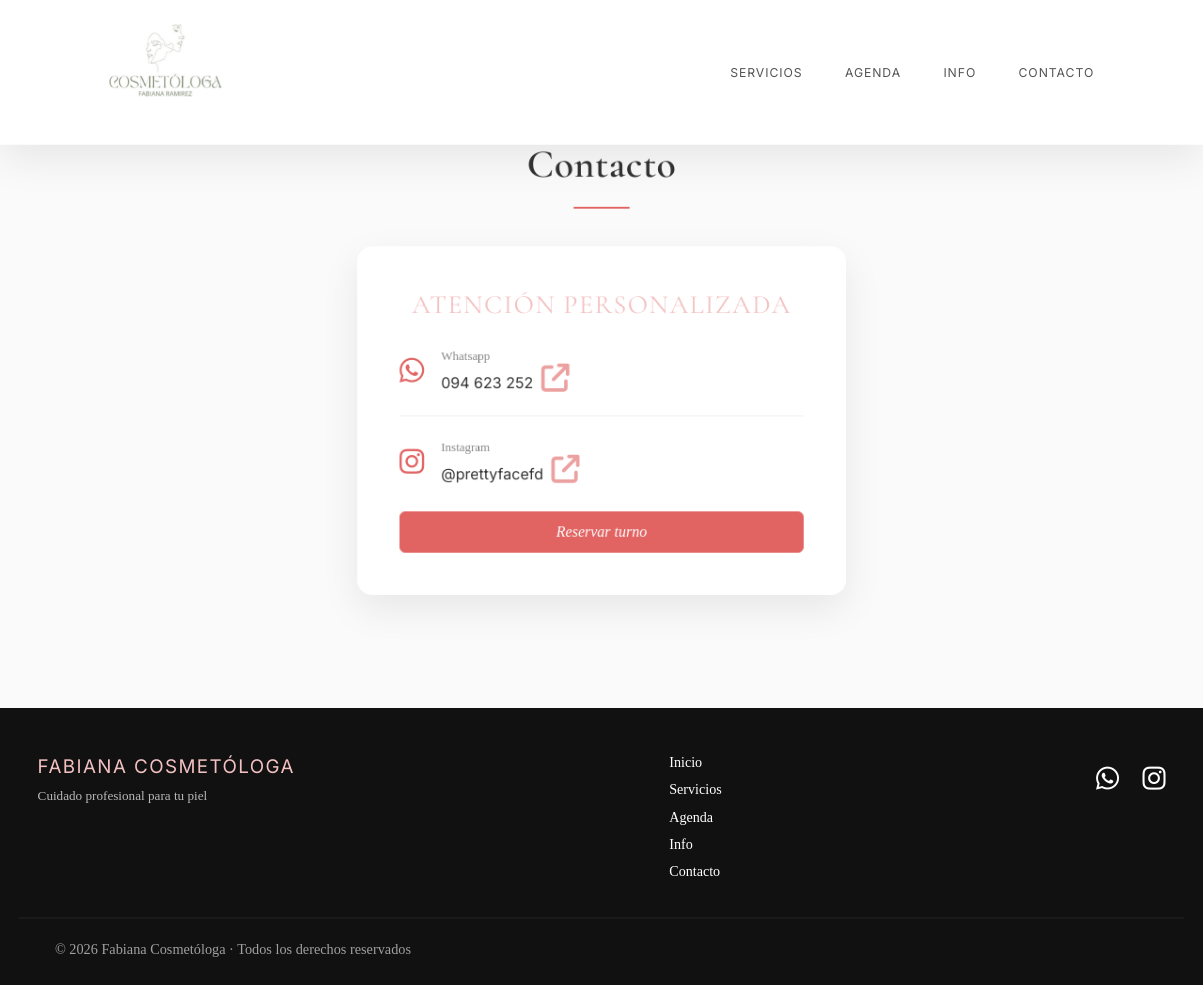
Repository: thiagobal1891-sudo/paginaweb
Page: pages/contacto.html
These files come from the project's save history. The page is drawn as it stood at one moment and after the next save; the edit follows.
The browser window is 1280 px wide. The pictures show the whole page, at 94% of full size.
Some web fonts or font styles are not loaded; a fallback is used.

Above is the page before, as saved 2026-03-17 15:03:47.
Console error: ReferenceError: emailjs is not defined

### pages/contacto.html

<!DOCTYPE html>
<html lang="es">
<head>
  <meta charset="UTF-8">
  <meta name="viewport" content="width=device-width, initial-scale=1.0">
  <title>Fabiana Cosmetóloga</title>
  <link rel="stylesheet" href="../css/style.css">
  <link rel="preconnect" href="https://fonts.googleapis.com">
  <link rel="preconnect" href="https://fonts.gstatic.com" crossorigin>
  <link
    href="https://fonts.googleapis.com/css2?family=Melodrama:wght@400;500;600;700&family=Inter:wght@100..900&family=Poppins:wght@100..900&family=Cormorant+Garamond:wght@300..700&display=swap"
    rel="stylesheet">
  <link rel="stylesheet" href="https://cdnjs.cloudflare.com/ajax/libs/font-awesome/6.5.0/css/all.min.css"
    crossorigin="anonymous" referrerpolicy="no-referrer" />
</head>

<body>
  <header>
    <div class="container">
      <a href="../index.html" class="logo">
        <img src="../media/logo.png"
  alt="Logo de la marca"
  loading="lazy"
  decoding="async">
      </a>
      <nav>
        <a href="servicios.html">SERVICIOS</a>
        <a href="agenda.html">AGENDA</a>
        <a href="info.html">INFO</a>
        <a href="contacto.html">CONTACTO</a>
      </nav>
    </div>
  </header>
<main>
<section id="contacto" class="appear">
<div class="section-title">
<h2>Contacto</h2>
</div>
<div class="container">
<div class="contact-card">
<h3>Atención personalizada</h3>
<div class="contact-item">
<i class="fa-brands fa-whatsapp"></i>
<div class="contact-info">
<span class="label">Whatsapp</span>
<a href="https://wa.me/59894623252"
target="_blank"
rel="noopener noreferrer"
class="valor">
094 623 252
<i class="fa-solid fa-arrow-up-right-from-square link-icon"></i>
</a>
</div>
</div>
<hr>
<div class="contact-item">
<i class="fa-brands fa-instagram"></i>
<div class="contact-info">
<span class="label">Instagram</span>
<a href="https://www.instagram.com/prettyfacefd"
target="_blank"
rel="noopener noreferrer"
class="valor">
@prettyfacefd
<i class="fa-solid fa-arrow-up-right-from-square link-icon"></i>
</a>
</div>
</div>
<a href="agenda.html#agenda-ya" class="btn-vermas">
Reservar turno
</a>
</div>
</div>

</section>
</main>
  <footer class="footer">
  <div class="footer-container">
    <div class="footer-brand">
      <h3>Fabiana Cosmetóloga</h3>
      <p>Cuidado profesional para tu piel</p>
    </div>
    <div class="footer-links">
      <a href="../index.html">Inicio</a>
      <a href="../pages/servicios.html">Servicios</a>
      <a href="../pages/agenda.html">Agenda</a>
      <a href="../pages/info.html">Info</a>
      <a href="../pages/contacto.html">Contacto</a>
    </div>
    <div class="footer-social">
      <a href="https://wa.me/59894623252" target="_blank">
        <i class="fa-brands fa-whatsapp"></i>
      </a>
      <a href="https://www.instagram.com/prettyfacefd" target="_blank">
        <i class="fa-brands fa-instagram"></i>
      </a>
    </div>
  </div>
  <div class="footer-bottom">
    <p>© 2026 Fabiana Cosmetóloga · Todos los derechos reservados</p>
  </div>
</footer>
  <script src="https://cdn.jsdelivr.net/npm/emailjs-com@3/dist/email.min.js"></script>
  <script src="../script.js" defer></script>
</body>
</html>

### css/style.css
@charset "UTF-8";
* {
  box-sizing: border-box;
  margin: 0;
  padding: 0;
}
html {
  scroll-behavior: smooth;
  scroll-padding-top: var(--header-height);
  font-size: 100%;
}
:root{
  --primary:#E16463;
  --primary-soft:rgba(225,100,99,.15);
  --primary-soft-light:rgba(225,100,99,.08);
  --text-dark:#333;
  --text-soft:#777;
  --shadow-hover:0 20px 50px rgba(0,0,0,.12);
  --shadow-soft:0 15px 40px rgba(0,0,0,.08);
}
body{
  font-family:"Melodrama", serif;
  margin:0;
  animation:fadePage .6s ease;
  padding-top: var(--header-height);
}
@keyframes fadePage{
from{
  opacity:0;
  transform:translateY(10px);
}

to{
  opacity:1;
  transform:translateY(0);
}
}
.appear{
  opacity:0;
  transform:translateY(40px);
  transition:opacity .8s ease, transform .8s ease;
  will-change: transform, opacity;
}
.appear.show{
  opacity:1;
  transform:translateY(0);
}
h1 {
  font-size:clamp(2.2rem,4vw,4.5rem);
  line-height: 1.1;
}
h2 {
  font-size:clamp(1.6rem,3vw,2.5rem);
  line-height: 1.2;
}
p {
font-size:clamp(.95rem,1.1vw,1.1rem);
line-height:1.7;
max-width:60ch;
}
h3 {
  font-size: 0.9em;
  font-family: "Inter", sans-serif;
  font-weight: 400;
  letter-spacing: 1.5px;
  color: #f3c1c1;
  text-transform: uppercase;
}
section{
position:relative;
padding:100px 20px;
}
.info_carta {
  font-size: 0.85em;
  color: #f2f2f2;
  font-family: "Inter", sans-serif;
  line-height: 1;
  margin-bottom: 2px;
  max-width:450px;
}
ul {
  list-style: none;
  padding-left: 0;
  font-size: 0.75em;
  font-family: "Inter", sans-serif;
  color: #ffffff;
}
ul li {
  margin-bottom: 4px;
  line-height: 1.3;
  padding-left: 22px;
  position: relative;
  opacity: 0.95;
  transition: transform 0.3s ease, opacity 0.3s ease;
}
ul li::before {
  content: "✧";
  position: absolute;
  left: 0;
  top: 0;
  color: #f3c1c1;
  font-size: 0.75em;
}
img{
transition:transform .6s ease, filter .6s ease;
height: auto;
max-width: 100%;
will-change: transform;
display: block;
}
button {
  font-size: 1rem;
  font-weight: 400;
  padding: 10px 30px;
  border-radius: 10px;
  border: 1.5px solid rgb(84, 84, 84);
  box-shadow: var(--shadow-soft);
  color: white;
  background-color: #d86a6a;
  font-family: "Inter", sans-serif;
  transition: all .25s ease;
  cursor: pointer;
  font-weight: bold;
}
button:hover {
  background-color: white;
  color:var(--primary);
  border-color: white;
  transform: translateY(-2px);
}
button:active{
  transform:scale(.97);
}
.container{
  max-width:1100px;
  margin-inline:auto;
  padding-inline:20px;
  width:100%;
  position:relative;
}
.container > *:not(:last-child){
  margin-bottom:40px;
}
header{
  position:fixed;
  width:100%;
  top:0;
  left:0;
  background-color:white;
  z-index:1000;
  box-shadow: var(--shadow-soft);
  transition:.3s;
  padding:10px 0;
}
header.scrolled{
  background:rgba(255,255,255,0.9);
  backdrop-filter:blur(8px);
  box-shadow:var(--shadow-soft);
}
header .logo {
  display: flex;
  align-items: center;
  justify-content: flex-start;
}
header .logo img{
  width:110px;
  height:auto;
  margin-bottom:6px;
}
header .container {
  display: flex;
  align-items: center;
  padding:0 16px;
  justify-content: space-between;
}
header nav {
  display: flex;
  flex-direction: row;
  justify-content: center;
  align-items: center;
  text-align: center;
}
header a {
  padding: 0px 5px;
  text-decoration: none;
  color: rgb(84, 84, 84);
  display: inline-block;
  font-family: "Inter", sans-serif;
  margin: 0 5px;
  font-size:14px;
  letter-spacing:1px;
}
header a:hover {
  color:var(--primary);
}
.hero-tag{
  font-family:"Inter",sans-serif;
  letter-spacing:2px;
  font-size:12px;
  text-transform:uppercase;
  color:#f3c1c1;
  display:block;
  margin-left:20px;
  margin-bottom:12px;
  opacity:.9;
}
.hero-sub{
  color:white;
  max-width:520px;
  margin-left:20px;
  margin-top:18px;
  font-family:"Inter",sans-serif;
  font-size:clamp(0.95rem,1.1vw,1.1rem);
  line-height:1.6;
  opacity:.95;
}
.btn-hero{
  display:inline-block;
  margin-left:20px;
  margin-top:35px;
  padding:14px 34px;
  border-radius:30px;
  background:var(--primary);
  color:white;
  text-decoration:none;
  font-family:"Inter",sans-serif;
  font-weight:600;
  letter-spacing:.5px;
  transition:.3s;
}
.btn-hero:hover{
    transform:translateY(-3px);
  box-shadow:var(--shadow-hover);
}
#hero {
    display: flex;
    align-items: flex-start;
    justify-content: center;
    text-align: left;
    flex-direction: column;
    min-height: 100vh;
    background-image: linear-gradient(0deg, rgba(0, 0, 0, 0.5),
      rgba(0, 0, 0, 0.5)),
      url("../media/fotopiel-rutina-de-skincare-cuidado-facial.webp");
      background-repeat: no-repeat;
      background-size: cover;
      background-position: center center; }
#hero h1 {
  color: white;
  font-family: "Cormorant Garamond";
  font-weight: 600;
  align-self: flex-start;
  text-align: left;
  font-size:clamp(2.5rem,5vw,4.5rem);
  padding-left:20px;
  max-width:90%;
  animation:heroFade 1.2s ease;
}
#hero::after{
  content:"";
  position:absolute;
  bottom:0;
  left:0;
  width:100%;
  height:120px;
  background:linear-gradient(to bottom, transparent, white);
}

@keyframes heroFade{
from{
opacity:0;
transform:translateY(40px);
}
to{
opacity:1;
transform:translateY(0);
}
}
.section-title{
  text-align:center;
  position:relative;
  }
  #Tratamientos .section-title {
  padding-top: 70px;
}
.section-title.show{
  opacity:1;
  transform:translateY(0);
}
.section-title h2{
  font-family:"Cormorant Garamond", serif;
  font-size:36px;
  font-weight:600;
  color:var(--text-dark);
  margin-bottom:10px;
  letter-spacing:0.5px;
}
.section-title p{
  font-family:"Inter", sans-serif;
  font-size:13px;
  color: var(--text-soft);
  letter-spacing:1.5px;
  text-transform:uppercase;
  max-width:65ch;
  margin:0 auto 80px auto; /* ← separación abajo */
  text-align:center;
}
.section-title::after{
  content:"";
  display:block;
  width:60px;
  height:2px;
  background-color: var(--primary);
  margin:20px auto 0;
  border-radius:2px;
}
.no-line::after {
  display: none;
}

.carousel_infocosmet {
  width: 100%;
  position: relative;
  background-color: var(--primary-soft);
  padding:90px 0;
  overflow:hidden;
}
.carousel-track{
  display:flex;
  will-change: transform;
}
.slide{
  flex:0 0 100%;
  display:flex;
  justify-content:center;
  gap:40px;
  position:relative;
  min-width: 100%;
}
.img-wrapper{
  position:relative;
  width:100%;
  max-width:520px;
  aspect-ratio:16/9;
  height:auto;
  overflow:hidden;
  border-radius:12px;
  margin:0 auto;
  display: block;
  box-shadow: var(--shadow-soft);
  transition:transform .4s ease, box-shadow .4s ease;
}

.img-wrapper img {
  width:100%;
  height:100%;
  object-fit:cover;
  transition:transform .6s ease, filter .6s ease;
}
.img-wrapper:hover{
  transform:translateY(-4px);
}
.img-wrapper:hover img{
  transform:scale(1.06);
}

#infocosmet .img-wrapper{
  position:relative;
  overflow:hidden;
}
.badge{
  position:absolute;
  left:12px;
  background:rgba(0,0,0,.55);
  backdrop-filter:blur(4px);
  color:white;
  font-family:"Inter",sans-serif;
  font-size:11px;
  letter-spacing:1.5px;
  padding:6px 14px;
  border-radius:20px;
  white-space:nowrap;
  z-index:20;
}

.badge.top{
  top:12px;
}

.badge.bottom{
  bottom:12px;
}

#Tratamientos .container{
  background: linear-gradient(180deg, #fffdf8, #fff6ee);
  box-shadow: var(--shadow-soft);
}
.carousel-wrapper{
  overflow:hidden;
  max-width:1200px;
  margin:0 auto;
  position:relative;
}
.carta-tratamientos{
  display:flex;
  gap:20px;
  overflow-x:auto;
  scroll-snap-type:x mandatory;
  scroll-behavior:smooth;
  padding:10px;
}
.carta-tratamientos::-webkit-scrollbar{
  display:none;
}
.carta{
  flex:0 0 100%;
  scroll-snap-align:center;
  min-height:520px;
  height:auto;
  border-radius:12px;
  background:white;
  padding:30px 25px;
  background-size:cover;
  background-position:center;
  position:relative;
  overflow: hidden;
}
.carta::before{
  content:"";
  position:absolute;
  top:0;
  left:0;
  width:100%;
  height:3px;
  background-color: var(--primary);
  transform:scaleX(0);
  transform-origin:left;
  transition:transform 0.3s ease;
}
.carta:hover::before{
  transform:scaleX(1);
}
.carta > * {
  position: relative;
  z-index: 2;
}
.carta h3{
  margin-bottom:10px;
}
.carta p{
  margin-bottom:10px;
}
.carta ul{
  margin-top:10px;
}
.carta:hover::after{
  left:100%;
}
.carta:hover ul li {
  transform: translateX(4px);
  opacity: 1;
}
.carta:hover h3{
  color:var(--primary);
}
.carta,
.agenda-card,
.consulta-card{
  transition:all .35s ease;
}
.carta:hover,
.agenda-card:hover,
.consulta-card:hover{
  transition:all .35s ease;
  box-shadow: var(--shadow-hover);
}
.arrow{
  border: none;
  background: none;
  position:absolute;
  top:50%;
  transform:translateY(-50%);
  z-index:5;
  width:40px;
  height:40px;
  border-radius:50%;
  display:flex;
  align-items:center;
  justify-content:center;
  cursor:pointer;
}
.arrow.left {
  left: 15px;
}
.arrow.right {
  right: 15px;
}
.carta:first-child {
  background-image: linear-gradient(0deg, rgba(0, 0, 0, 0.5), rgba(0, 0, 0, 0.5)), url("../media/Tratamientos-3.jpg");
}
.carta:nth-child(2) {
  background-image: linear-gradient(0deg, rgba(0, 0, 0, 0.5), rgba(0, 0, 0, 0.5)), url("../media/Tratamientos-2.jpg");
}
.carta:nth-child(3) {
  background-image: linear-gradient(0deg, rgba(0, 0, 0, 0.5), rgba(0, 0, 0, 0.5)), url("../media/Tratamientos-1.jpg");
}
.carta:nth-child(4) {
  background-image: linear-gradient(0deg, rgba(0, 0, 0, 0.5), rgba(0, 0, 0, 0.5)), url("../media/Tratamientos-1.jpg");
}
.carta:nth-child(5) {
  background-image: linear-gradient(0deg, rgba(0, 0, 0, 0.5), rgba(0, 0, 0, 0.5)), url("../media/Tratamientos-2.jpg");
}
.carta:nth-child(6) {
  background-image: linear-gradient(0deg, rgba(0, 0, 0, 0.5), rgba(0, 0, 0, 0.5)), url("../media/Tratamientos-1.jpg");
}
.carta:nth-child(7) {
  background-image: linear-gradient(0deg, rgba(0, 0, 0, 0.5), rgba(0, 0, 0, 0.5)), url("../media/Tratamientos-1.jpg");
}

#agenda-ya{
  padding:120px 20px;
  background-color: var(--primary-soft);
}
.agenda-card{
  max-width:900px;
  margin:auto;
  background:white;
  padding:30px;
  border-radius:20px;
  box-shadow:var(--shadow-soft);
  border:1px solid rgba(225,100,99,.2);
}
#agenda-ya iframe{
  max-width:900px;
  width:100%;
  height:650px;
  border-radius:20px;
  background:white;
  box-shadow:var(--shadow-soft);
  border:1px solid rgba(225,100,99,.2);
  padding:10px;
}
.link-icon {
  font-size: 0.15em;
  margin-left: 4px;
  opacity: 0.6;
  transition: all 0.3s ease;
}
#consultas{
padding:120px 20px;
background-color: var(--primary-soft-light);
}
#consultas .container{
  display:flex;
  flex-direction:column;
  align-items:center;
  max-width:700px;
  margin:0 auto;
}
.consulta-card{
  width:100%;
  max-width:600px;
  margin:0 auto;
}
.consulta-sub{
  text-align:center;
  font-family:"Inter", sans-serif;
  font-size:14px;
  color: var(--text-soft);
  margin-bottom:25px;
}
.consulta-card form{
  width:100%;
  max-width:500px;
  margin:auto;
}
.consulta-card h3{
  margin-bottom:35px;
  text-align:center;
  font-family:"Cormorant Garamond", serif;
  font-size:28px;
  color:var(--text-dark);
  letter-spacing:0;
  text-transform:none;
  width:100%;
}
.form-group {
  position: relative;
  margin-bottom: 25px;
}
.form-group input,
.form-group textarea{
  width:100%;
  padding:16px 14px;
  border-radius:14px;
  border:1px solid #e5e5e5;
  font-size:15px;
  font-family:"Inter", sans-serif;
  outline:none;
  transition:all .3s ease;
  background:#fff;
}
.form-group input:focus,
.form-group textarea:focus{
  border-color: var(--primary);
  box-shadow: var(--shadow-hover);
}
.form-group label {
  position: absolute;
  left: 12px;
  top: 14px;
  font-size: 14px;
  color: #888;
  transition: 0.3s ease;
  pointer-events: none;
}
.form-group input:focus + label,
.form-group input:not(:placeholder-shown) + label,
.form-group textarea:focus + label,
.form-group textarea:not(:placeholder-shown) + label {
  top: -8px;
  left: 10px;
  font-size: 12px;
  background: white;
  padding: 0 5px;
  color:var(--primary);
}
.btn-enviar{
  width:100%;
  padding:16px;
  border-radius:30px;
  border:none;
  background:linear-gradient(135deg,#E16463,#d04f4f);
  color:white;
  font-weight:600;
  font-size:15px;
  cursor:pointer;
  transition:all .3s ease;
  margin-top:10px;
}
.btn-enviar:hover{
  transform:translateY(-2px);
  box-shadow:var(--shadow-soft);
}

#sobre{
  padding:80px 20px;
}
.sobre-container{
  display:flex;
  align-items:center;
  gap:25px;
  margin-top:50px;
  flex-wrap:wrap;
  text-align: left;
}
.sobre-container.reverse{
  flex-direction:row-reverse;
}
.sobre-texto{
  flex:1;
  min-width:280px;
}
.sobre-texto p{
  font-family:"Inter",sans-serif;
  line-height:1.7;
  margin-bottom:20px;
  color:#444;
}
.sobre-texto h3{
  font-family:"Cormorant Garamond",serif;
  font-size:30px;
  margin-bottom:10px;
}
.sobre-img{
  flex:1;
  min-width:280px;
}
.sobre-img img{
  width:100%;
  border-radius:12px;
  box-shadow: var(--shadow-soft);
}
.sobre-container.reverse .btn-vermas{
  margin-top:40px;
}
.confianza{
  padding:80px 20px;
  background:#fafafa;
}
.confianza-grid{
  display:grid;
  grid-template-columns:repeat(auto-fit,minmax(220px,1fr));
  gap:30px;
  margin-top:50px;
}
.confianza-item{
  background:white;
  padding:30px;
  border-radius:14px;
  text-align:center;
  box-shadow: var(--shadow-soft);
  transition:.3s;
}
.confianza-item:hover{
  transform:translateY(-6px);
  box-shadow:var(--shadow-hover);
}
.confianza-item i{
  font-size:34px;
  color:var(--primary);
  margin-bottom:15px;
}
.confianza-item h3{
  font-family:"Cormorant Garamond",serif;
  font-size:22px;
  margin-bottom:10px;
}
.confianza-item p{
  font-family:"Inter",sans-serif;
  font-size:14px;
  line-height:1.6;
  color:#555;
}
.link-servicios {
  display: block;
  margin-bottom: 20px;
  font-size: 1rem;
  color: var(--text-soft);
}
.btn-vermas {
  display: inline-flex;
  align-items: center;
  justify-content: center;
  padding: 12px 28px;
  border-radius: 6px;
  font-size: 1rem;
  cursor: pointer;
  font-style: italic;
  background-color: var(--primary);
  color: white;
  text-decoration: none;
  border: 1.5px solid #E16463;
  transition: all 0.3s ease;
}
.btn-vermas:hover{
  transform:translateY(-3px);
  box-shadow: var(--shadow-hover);
  background-color: white;
  color:var(--primary);
}
.whatsapp-float,
.instagram-float{
  position:fixed;
  right:25px;
  width:60px;
  height:60px;
  border-radius:50%;
  display:flex;
  align-items:center;
  justify-content:center;
  color:white;
  font-size:28px;
  text-decoration:none;
  box-shadow:0 8px 18px rgba(0,0,0,0.25);
  z-index:1000;
  transition:transform .3s ease, box-shadow .3s ease;
  animation:floatIn .6s ease;
}
.whatsapp-float i,
.instagram-float i{
  text-decoration:none;
}
.whatsapp-float{
  bottom:25px;
  background:#25D366;
}
.instagram-float{
  bottom:100px;
  background:linear-gradient(45deg,#f58529,#dd2a7b,#8134af,#515bd4);
}
.whatsapp-float:hover,
.instagram-float:hover{
  transform:scale(1.12);
  box-shadow:0 12px 24px rgba(0,0,0,0.35);
}
.hide-float{
  opacity:0;
  pointer-events:none;
  transform:translateY(20px);
  transition:all .3s ease;
}
@keyframes floatIn{
from{
  opacity:0;
  transform:translateY(40px);
}
to{
  opacity:1;
  transform:translateY(0);
}
}

#contacto{
  padding:80px 20px;
  background:#fafafa;
}
.contact-card{
  max-width:520px;
  margin:40px auto;
  background:white;
  padding:45px;
  border-radius:16px;
  box-shadow: var(--shadow-soft);
  text-align:left;
}
.contact-card h3{
  text-align:center;
  margin-bottom:30px;
  font-family:"Cormorant Garamond",serif;
  font-size:28px;
}
.contact-item{
  display:flex;
  align-items:center;
  gap:18px;
  margin:20px 0;
}
.contact-item i{
  font-size:30px;
  color:var(--primary);
}
.contact-info{
  display:flex;
  flex-direction:column;
}
.label{
  font-size:13px;
  color:#888;
}
.valor{
  font-size:16px;
  font-family:"Inter",sans-serif;
  text-decoration:none;
  color: var(--text-dark);
}
.valor:hover{
  color:var(--primary);
}
hr{
  border:none;
  border-top:1px solid #eee;
  margin:25px 0;
}
.contact-card .btn-vermas{
  display:block;
  margin:30px auto 0;
  text-align:center;
}

.footer {
  background: #111;
  color: #fff;
  padding: 50px 20px 25px;
  text-align: center;
}
.footer-container {
  display: flex;
  flex-direction: column;
  align-items: center;
  gap: 35px;
  text-align: center;
}
.footer-brand h3 {
  font-size: 20px;
  margin-bottom: 8px;
}
.footer-brand p {
  font-size: 14px;
  opacity: 0.7;
}
.footer-links {
  display: flex;
  flex-direction: column;
  gap: 12px;
}
.footer-links a {
  text-decoration: none;
  color: #fff;
  font-size: 15px;
  transition: 0.3s;
}
.footer-links a:hover {
  color:var(--primary);
}
.footer-social {
  display: flex;
  gap: 25px;
  margin-top: 10px;
}
.footer-social a {
  font-size: 28px;
  color: #fff;
  transition: 0.3s;
}
.footer-social a:active {
  transform: scale(0.9);
  color:var(--primary);
}
.footer-bottom {
  margin-top: 40px;
  padding-top: 20px;
  border-top: 1px solid rgba(255,255,255,0.15);
  font-size: 13px;
  opacity: 0.6;
}

@media (max-width: 768px){
:root{
  --header-height:80px;
}
header{
  height:var(--header-height);
  padding:8px 0;
}

header .logo img{
  width:110px;
}
.slide{
  flex-direction:column;
  gap:20px;
  align-items:center;
}
.img-wrapper{
  width:90%;
  max-width:none;
  aspect-ratio: 4/5;
}
#hero{
  align-items:center;
  text-align:center;
  padding:0 20px;
  min-height: 85vh;
}
#hero h1{
  font-size:2.4rem;
  line-height:1.2;
  padding-left:0;
  max-width:100%;
}
.hero-tag{
  margin-left:0;
  text-align:center;
}
.hero-sub{
  margin-left:0;
  text-align:center;
  font-size:0.95rem;
}
.btn-hero{
margin-left:0;
}

header nav {
  gap: 10px;
  flex-wrap: wrap;
}
.info_carta{
  font-size:0.95em;
}
ul{
  font-size:0.85em;
}
.carta{
  flex:0 0 100%;
  min-height:560px;
  padding:40px 30px;
}

.sobre-texto {
  text-align: left;
}
.sobre-texto p {
  font-size: 1rem;
}
.sobre-img2 img{
  width:900px;
  border-radius:12px;
  box-shadow: var(--shadow-soft);
}

}
@media (min-width: 1024px) {

  :root{
    --header-height:70px;
  }

  header{
    padding:5px 0;
  }

  header .logo img{
    width:120px;
    padding-top: 20px;
  }

  header a{
    font-size:13px;
  }
    header.scrolled{
    padding:2px 0;
  }

  header.scrolled .logo img{
    width:75px;
    }

  section{
padding:120px 40px;
}
  #hero {
  align-items: center;
  text-align: center;
  padding: 0 10%;
}
#hero h1{
  font-size:4.5rem;
}
#hero button {
  margin-left: 0;
  align-self: center;
}

header nav {
  gap: 25px;
}
.slide {
  display: flex;
  flex-direction: row;
  justify-content: center;
  gap: 40px;
}
.slide::after{
  content:"";
  position:absolute;
  top:50%;
  left:50%;
  transform:translate(-50%,-50%);
  width:1px;
  height:70%;
  background:linear-gradient( to bottom, transparent, rgba(225,100,99,0.4), transparent);
  pointer-events:none;
}
.img-wrapper {
  width: 450px;
  overflow: hidden;
  border-radius: 15px;
}

#Tratamientos {
  padding:120px 10%;
  background-color: var(--primary-soft);
}
#Tratamientos .container {
  background: linear-gradient(180deg, #fffdf8, #fff6ee);
  padding: 80px 0;
}
.carousel-wrapper {
  overflow: hidden;
  max-width:1200px;
  margin:0 auto;
}
.carta-tratamientos{
  gap:30px;
  transition: transform 0.5s ease;
}
.carta{
  flex:0 0 calc((100% - 30px) / 2);
  min-height:520px;
  height:auto;
  border-radius:20px;
  padding:50px 60px;
}
.arrow{
  background:var(--primary-soft-light);
}
.arrow.left {
  left: 10px;
}
.arrow.right {
  right: 10px;
}
.section-title h2{
  font-size:42px;
}
.sobre-container {
  flex-direction: row;
}
.sobre-texto {
  text-align: left;
}
.sobre-texto p {
  font-size: 1.1rem;
}
.sobre-img2 img{
  width:900px;
  border-radius:12px;
  box-shadow: var(--shadow-soft);
}
#agenda-ya{
  padding:120px 20px;
}
.footer-container {
  flex-direction: row;
  justify-content: space-between;
  align-items: flex-start;
  text-align: left;
  max-width: 1200px;
  margin: auto;
}
}

Loaded but not shown: script.js (130 lines, source omitted)

After the next save:
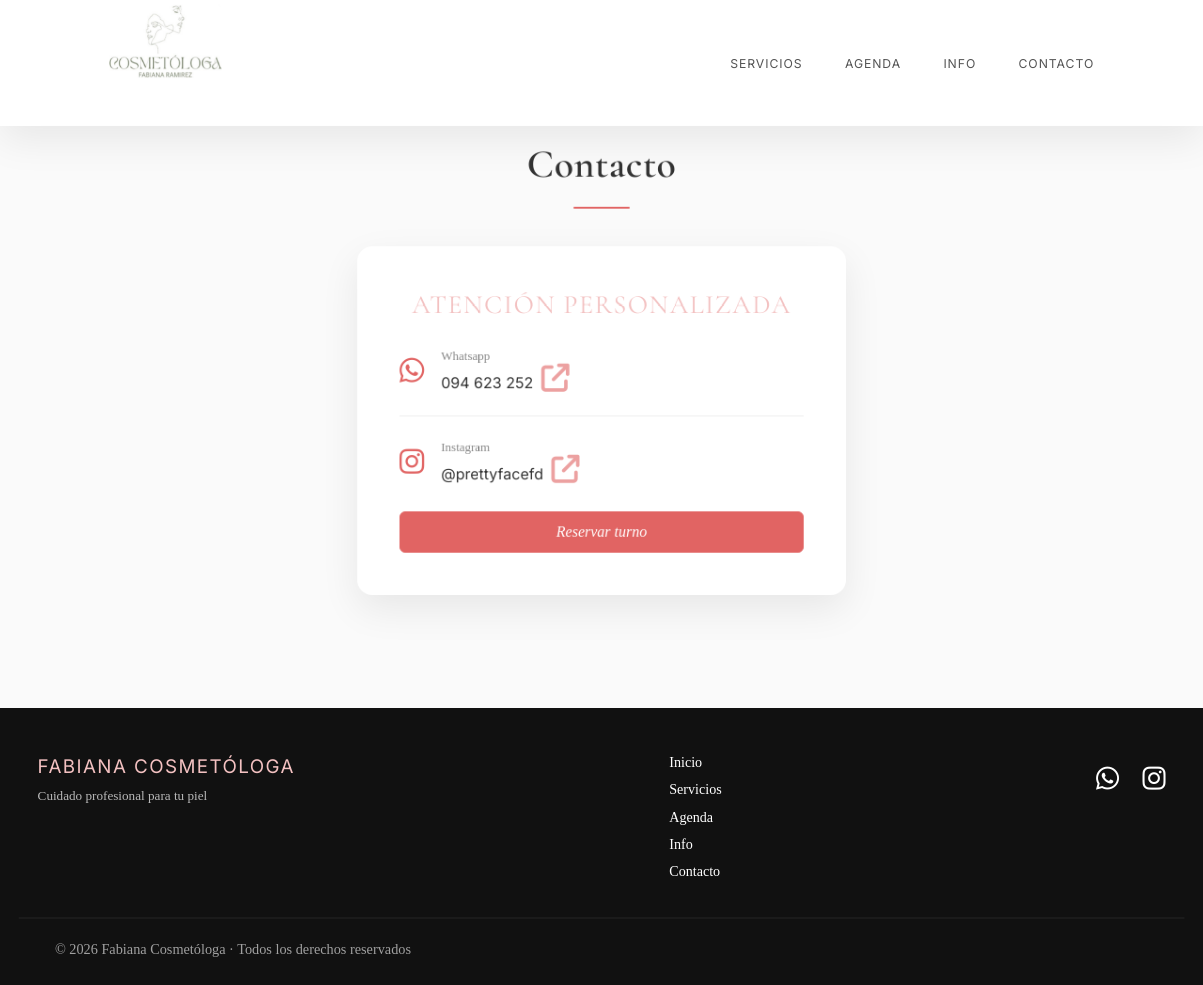
Saved 10 s later.
--- a/css/style.css
+++ b/css/style.css
@@ -1003,7 +1003,7 @@ ul{
 
   header .logo img{
     width:120px;
-    padding-top: 20px;
+    j
   }
 
   header a{
